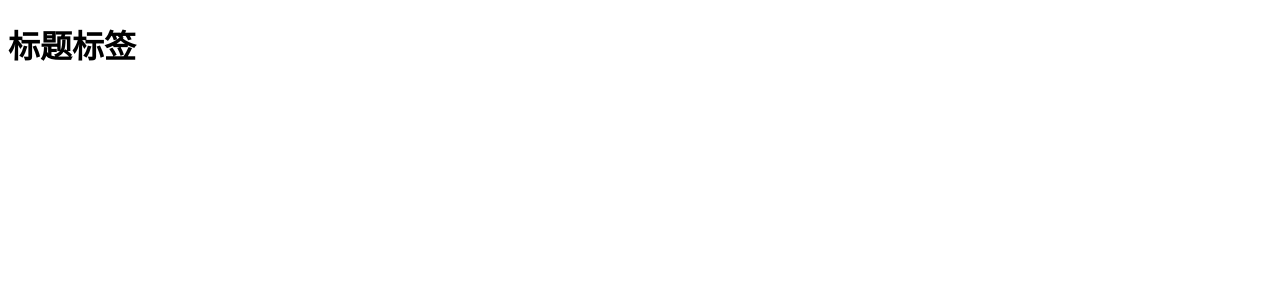
Repository: Qwenicq/My_project
Page: html/vscode_frist.htm
An editor plug-in stored every save of this project. The page is shown before and after the next save, followed by the edit.
The browser window is 1280 px wide. The pictures show the whole page.

Above is the page before, as saved 2023-03-27 21:09:26.

### html/vscode_frist.htm
<!DOCTYPE html>
<html lang="zh-CN">
<head>
    <meta charset="UTF-8">
    <meta http-equiv="X-UA-Compatible" content="IE=edge">
    <meta name="viewport" content="width=device-width, initial-scale=1.0">
    <title>Document</title>
</head>
<body>
    <h1>标题标签</h1>
</body>
</html>

After the next save:
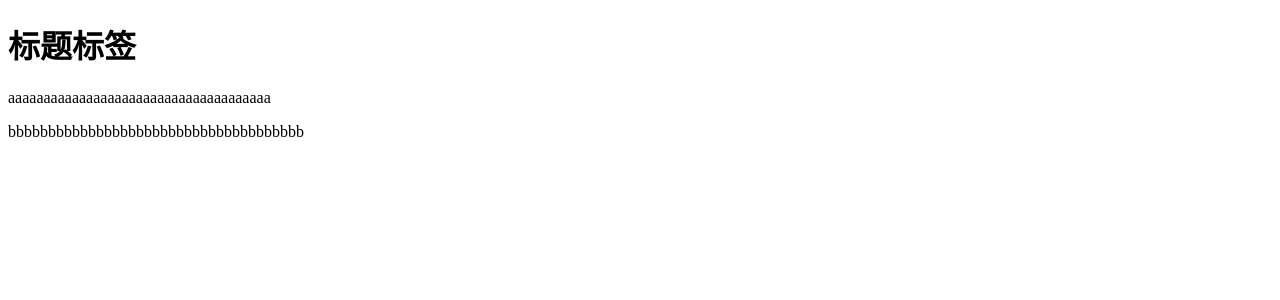
Saved 6 min 10 s later.
--- a/html/vscode_frist.htm
+++ b/html/vscode_frist.htm
@@ -8,5 +8,7 @@
 </head>
 <body>
     <h1>标题标签</h1>
+    <p>aaaaaaaaaaaaaaaaaaaaaaaaaaaaaaaaaaaaa</p>
+    <p>bbbbbbbbbbbbbbbbbbbbbbbbbbbbbbbbbbbbb</p>
 </body>
 </html>
